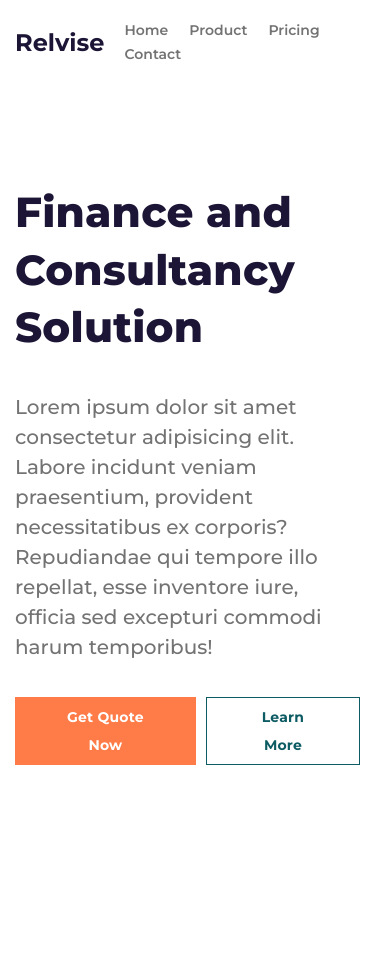
Repository: usalokiN/simple-project
Page: index.html
An editor plug-in stored every save of this project. The page is shown before and after the next save, followed by the edit.
The browser window is 375 px wide. The pictures show the whole page.

Above is the page before, as saved 2022-01-16 17:19:38.

### index.html
<!DOCTYPE html>
<html lang="en">

<head>
    <meta charset="UTF-8">
    <meta http-equiv="X-UA-Compatible" content="IE=edge">
    <meta name="viewport" content="width=device-width, initial-scale=1.0">
    <link rel="stylesheet" href="https://fonts.googleapis.com/css?family=Montserrat:regular,500,600,700,800&display=swap">
    <link rel="stylesheet" href="css/style.css">
    <meta author="NikoDyachenko">
    <title>Simple project</title>


</head>

<body>
    <div class="wrapper">
        <header class="header">
            <div class="header__container _container">
                <a href="" class="header__logo">
                    Relvise
                </a>
                <nav class="header__menu menu">
                    <ul class="menu__list">
                        <li class="menu__item">
                            <a href="" class="menu__link">Home</a>
                        </li>
                        <li class="menu__item">
                            <a href="" class="menu__link">Product</a>
                        </li>
                        <li class="menu__item">
                            <a href="" class="menu__link">Pricing</a>
                        </li>
                        <li class="menu__item">
                            <a href="" class="menu__link">Contact</a>
                        </li>
                    </ul>
                </nav>
            </div>
    </div>
    </header>
    <main class="page">
        <div class="page__main-block main-block">
            <div class="main-block_containter _container">
                <div class="main-block__body">
                    <h1 class="main-block__title">Finance and Consultancy Solution</h1>
                    <div class="main-block__text">Lorem ipsum dolor sit amet consectetur adipisicing elit. Labore incidunt veniam praesentium, provident necessitatibus ex corporis? Repudiandae qui tempore illo repellat, esse inventore iure, officia sed excepturi commodi harum temporibus!

                    </div>
                    <div class="main-block__buttons">
                        <a href="" class="main-block__button main-block__button_orange">Get Quote Now</a>
                        <a href="" class="main-block__button main-block__button_border">Learn More</a>

                    </div>
                </div>
            </div>
        </div>
        <div class="main-block__image">
            <!-- <img src="" alt="cover"> -->
        </div>
    </main>
    <footer class="footer "></footer>
    </div>
</body>

</html>

### css/style.css
        *,
         ::before,
         ::after {
            padding: 0;
            margin: 0;
            bottom: 0;
            box-sizing: border-box;
        }

        a {
            text-decoration: none;
        }

        ul,
        ol,
        li {
            list-style: none;
        }

        img {
            vertical-align: top;
        }

        h1,
        h2,
        h3,
        h4,
        h5,
        h6 {
            font-weight: inherit;
            font-style: inherit;
        }

        html,
        body {
            height: 100%;
            line-height: 1;
            font-size: 14px;
            font-weight: 500;
            color: rgb(28, 21, 54);
            font-family: Montserrat;
        }

        .wrapper {
            /* max-height: 100%; */
            overflow: hidden;
        }
        /* ================================================================================== */

        ._container {
            max-width: 1046px;
            margin: 0px auto;
            padding: 0 15px;
        }

        ._ibg {
            position: relative;
        }

        .ibg img {
            position: absolute;
            width: 100%;
            height: 100%;
            top: 0;
            left: 0;
            object-fit: cover;
        }
        /* ----------------------------------------HEADER------------------------------------------------------- */

        .header {
            position: absolute;
            width: 100%;
            left: 0;
            top: 0;
            z-index: 50;
        }

        .header__container {
            display: flex;
            min-height: 104px;
            align-items: center;
        }

        @media (max-width: 479px) {
            .header__container {
                min-height: 85px;
            }
        }

        ._container {}

        .header__logo {
            font-size: 24px;
            font-weight: 700;
            color: inherit;
        }

        .header__menu {
            margin: 0 0 0 133px;
        }

        @media (max-width: 992px) {
            .header__menu {
                margin: 0 0 0 80px;
            }
        }

        @media (max-width: 762px) {
            .header__menu {
                margin: 0 0 0 40px;
            }
        }

        @media (max-width: 479px) {
            .header__menu {
                margin: 0 0 0 20px;
            }
        }

        .menu {
            padding: 5px 0;
        }

        .menu__list {
            display: flex;
            flex-wrap: wrap;
        }

        .menu__item {}

        .menu__item:not(:last-child) {
            margin: 0 21px 0 0px;
            /* Отступы у каждого кроме последнего элемента */
        }

        .menu__link {
            color: #737373;
            font-weight: 600;
            line-height: calc(24/14 * 100%);
            /*171% - процет отступа. Формула расчета при 14px шрифта*/
        }

        @media (max-width: 479) {
            .menu__link {
                font-size: 18px;
            }
        }
        /* MAIN */

        .page {
            flex: 1 1 auto;
        }
        /* FOOTER */

        .footer {}
        /* MAIN-BLOCK */

        .page__main-block {}

        .main-block {
            position: relative;
            ;
        }

        .main-block_containter {}

        ._container {}

        .main-block__body {
            padding: 184px 0px 191px 0px;
            position: relative;
            z-index: 2;
            max-width: 400px;
        }

        .main-block__body>*:not(:last-child) {
            margin: 0 0 35px 0;
        }

        .main-block__title {
            font-size: 58px;
            line-height: 137%;
            font-weight: 800;
            letter-spacing: 0.2px;
        }

        @media (max-width:497px) {
            .main-block__title {
                font-size: 42px;
            }
        }

        .main-block__text {
            color: #737373;
            font-size: 20px;
            line-height: 1.5;
        }

        .main-block__buttons {
            display: inline-flex;
        }

        .main-block__button {
            background-repeat: 37px;
            display: flex;
            min-height: 48px;
            justify-content: center;
            align-items: center;
            letter-spacing: 0.2px;
            font-weight: 700;
            line-height: 200%;
            padding: 5px 36px;
            text-align: center;
        }

        @media(max-width:479px) {}

        @media (max-width:479px) {
            .main-block__button:not(:last-child) {
                margin-right: 10px;
            }
        }

        .main-block__button_orange {
            background: #ff7b47;
            color: #fff;
        }

        .main-block__button_border {
            color: #0d5c63;
            border: 1px solid #0d5c63;
        }

        .main-block__image {
            position: absolute;
            width: 100%;
            height: 100%;
            top: 0;
            left: 0;
        }

        @media (max-width:1300px) {
            .main-block__image img {
                object-fit: right;
            }
        }

        @media (max-width:992px) {
            .main-block__image {
                opacity: 0.5;
            }
        }

After the next save:
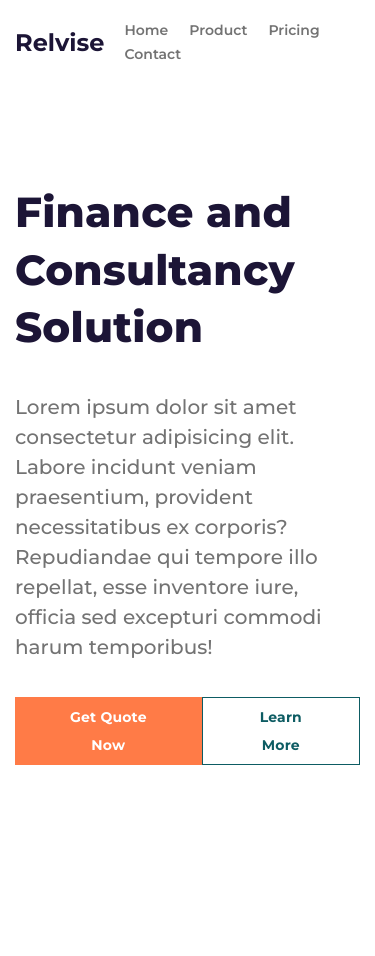
Saved 12 s later.
--- a/css/style.css
+++ b/css/style.css
@@ -213,9 +213,7 @@
             text-align: center;
         }
 
-        @media(max-width:479px) {}
-
-        @media (max-width:479px) {
+        @media(m) @media (max-width:479px) {
             .main-block__button:not(:last-child) {
                 margin-right: 10px;
             }
